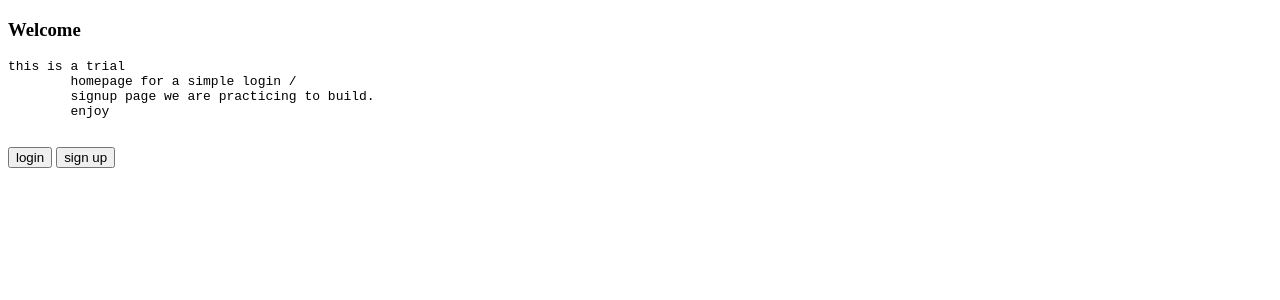
Repository: yhung004/TUTORIAL_PAGE
Page: home.html
An editor plug-in stored every save of this project. The page is shown before and after the next save, followed by the edit.
The browser window is 1280 px wide. The pictures show the whole page.

Above is the page before, as saved 2024-04-09 23:28:43.

After the next save:
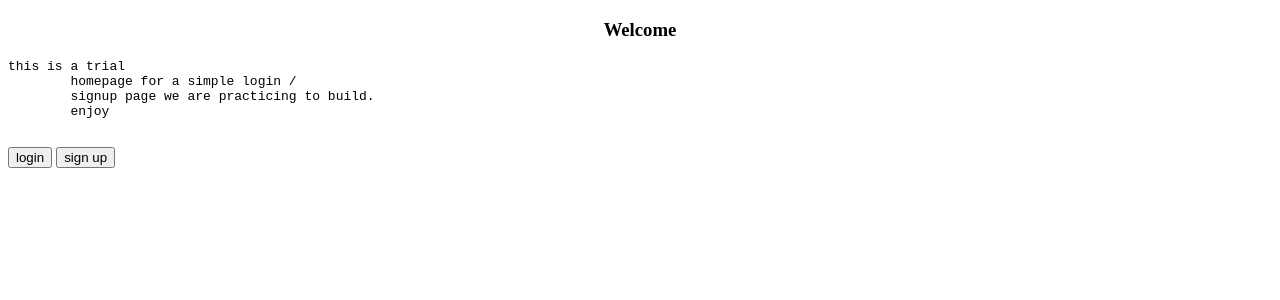
Saved 3 s later.
--- a/home.html
+++ b/home.html
@@ -7,8 +7,7 @@
     <link rel="stylesheet" href="main.css">
 </head>
 <body>
-    <div class="home_body">
-    <h3>Welcome</h3>
+    <h3 class="welcome">Welcome</h3>
     <pre>this is a trial
         homepage for a simple login /
         signup page we are practicing to build.
@@ -18,6 +17,5 @@
         <input type="button" value="login" class="button_a">
         <input type="button" value="sign up" class="button_b">
     </div>
-</div>
 </body>
 </html>
